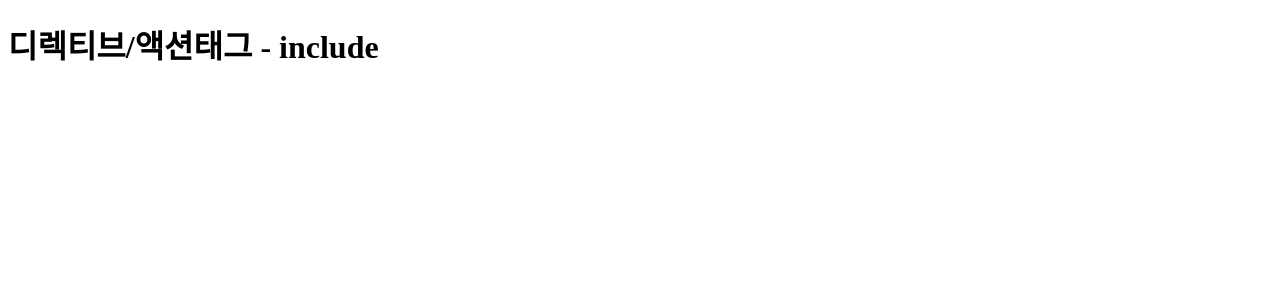
Repository: SeYoung1012/Bitcamp
Page: http://localhost/06_actiontag/ex01_action_include.jsp
These files come from the project's save history. The page is drawn as it stood at one moment and after the next save; the edit follows.
The browser window is 1280 px wide. The pictures show the whole page.
The page is served by Tomcat 9. Other server files are loaded and not shown.

Above is the page before, as saved 2021-09-29 02:16:36.

### 60_web/06_actiontag/WebContent/ex01_action_include.jsp
<%@ page language="java" contentType="text/html; charset=UTF-8"
    pageEncoding="UTF-8"%>
<!DOCTYPE html>
<html>
<head>
<meta charset="UTF-8">
<title>액션태그 - include</title>
</head>
<body>
	<%-- JSP 액션태그 : JSP 페이지의 흐름 제어
		사용형태 : <jsp:액션명령></jsp:액션명령>
		또는 <jsp:액션명령 />

	 --%>

	 <h1> 디렉티브/액션태그 - include</h1>


</body>
</html>

After the next save:
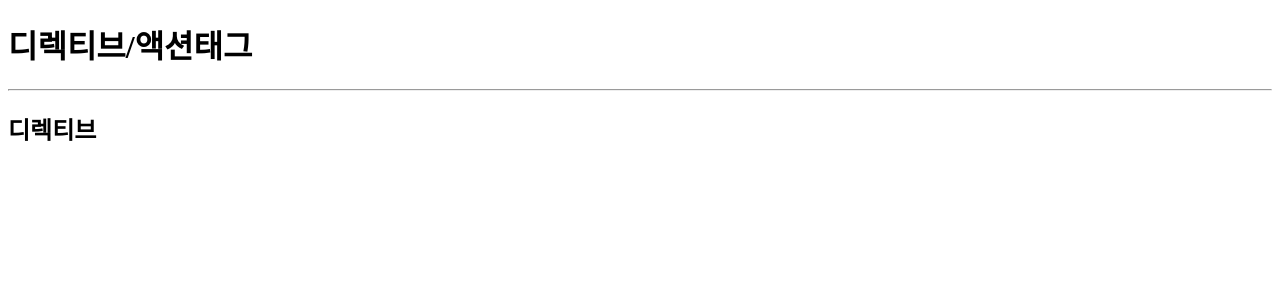
Saved 35 s later.
--- a/60_web/06_actiontag/WebContent/ex01_action_include.jsp
+++ b/60_web/06_actiontag/WebContent/ex01_action_include.jsp
@@ -13,8 +13,9 @@
 
 	 --%>
 
-	 <h1> 디렉티브/액션태그 - include</h1>
-
+	 <h1> 디렉티브/액션태그 </h1>
+	 <hr>
+	 <h2>디렉티브 </h2>
 
 </body>
 </html>
